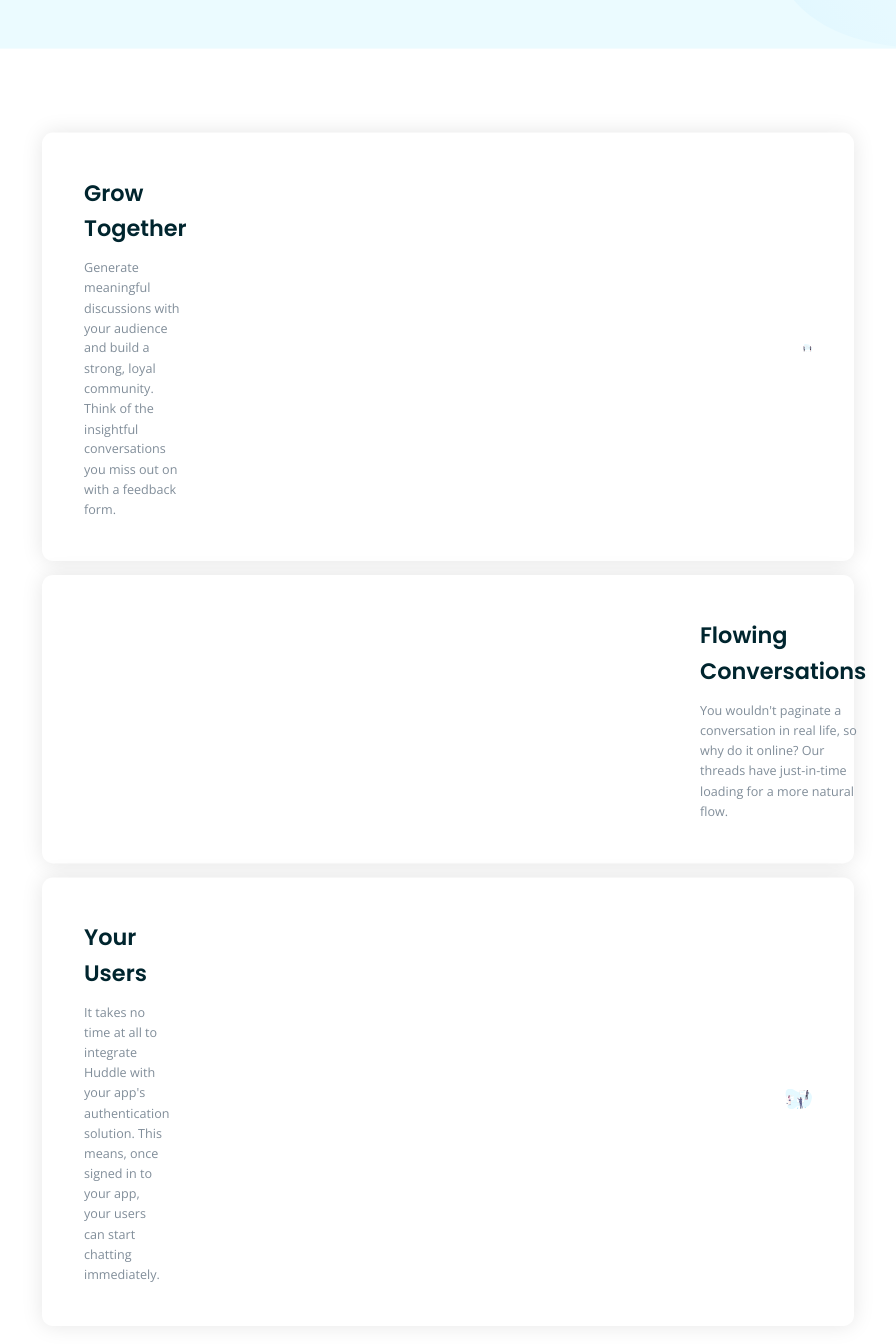
Repository: blordeus/huddle-landing-page
Page: index.html
An editor plug-in stored every save of this project. The page is shown before and after the next save, followed by the edit.
The browser window is 1280 px wide. The pictures show the part of the page from y = 618 to 2538 px (the page is 3491 px tall before and 3305 px after), at 70% of full size.

Above is the page before, as saved 2025-07-01 11:40:20.

### index.html
<!DOCTYPE html>
<html lang="en">
<head>
  <meta charset="UTF-8">
  <meta name="viewport" content="width=device-width, initial-scale=1.0">
  <link rel="icon" type="image/png" sizes="32x32" href="./images/favicon-32x32.png">
  <title>Frontend Mentor | Huddle landing page with alternating feature blocks</title>

  <!-- Google Fonts -->
  <link rel="preconnect" href="https://fonts.googleapis.com">
  <link rel="preconnect" href="https://fonts.gstatic.com" crossorigin>
  <link href="https://fonts.googleapis.com/css2?family=Poppins:wght@600&family=Open+Sans:wght@400;700&display=swap" rel="stylesheet">
  <link rel="stylesheet" type="text/css" href="styles.css" />

  <!-- Font Awesome for social icons -->
  <link rel="stylesheet" href="https://cdnjs.cloudflare.com/ajax/libs/font-awesome/6.0.0/css/all.min.css">
</head>

<body>
  <section class="bg-wrapper">
  <!-- Header -->
  <header class="header">
    <div class="container">
      <div class="header-content">
        <img src="./images/logo.svg" alt="Logo">
        <a href="#" class="btn btn-outline">Try It Free</a>
      </div>
    </div>
  </header>

  <!-- Hero Section -->
   <div class="hero">
    <div class="container">
      <div class="hero-content">
        <div class="hero-text">
          <h1>Build The Community Your Fans Will Love</h1>
          <p>Huddle re-imagines the way we build communities. You have a voice, but so does your audience. Create connections with your users as you engage in genuine discussion.</p>
          <a href="#" class="btn">Get Started For Free</a>
        </div>
        <div class="hero-image">
          <img src="./images/illustration-mockups.svg" alt="Desktop and mobile chat interface showing community conversations">
        </div>
      </div>
    </div>
   </div>
  </section>

  <!-- Features Section -->
  <section class="features">
    <div class="container">
      <div class="feature">
        <div class="feature-content">
          <h2>Grow Together</h2>
          <p>Generate meaningful discussions with your audience and build a strong, loyal community. Think of the insightful conversations you miss out on with a feedback form.</p>
        </div>
        <div class="feature-image">
          <img src="./images/illustration-grow-together.svg" alt="Illustration of people having meaningful conversations and building community">
        </div>
      </div>

      <div class="feature">
        <div class="feature-content">
          <h2>Flowing Conversations</h2>
          <p>You wouldn't paginate a conversation in real life, so why do it online? Our threads have just-in-time loading for a more natural flow.</p>
        </div>
        <div class="feature-image">
          <img src="./images/illustration-flowing-conversation.svg" alt="Illustration of natural flowing conversation interface with seamless chat threads">
        </div>
      </div>

      <div class="feature">
        <div class="feature-content">
          <h2>Your Users</h2>
          <p>It takes no time at all to integrate Huddle with your app's authentication solution. This means, once signed in to your app, your users can start chatting immediately.</p>
        </div>
        <div class="feature-image">
          <img src="./images/illustration-your-users.svg" alt="Illustration showing easy user authentication and immediate chat access">
        </div>
      </div>
    </div>
  </section>

  <!-- Call to Action -->
  <section class="cta">
    <div class="container">
      <h2>Ready To Build Your Community?</h2>
      <a href="#" class="btn">Get Started For Free</a>
    </div>
  </section>

  <!-- Footer -->
  <footer class="footer">
    <div class="container">
      <a href="#" class="footer-logo">
            <img src="./images/logo.svg" alt="">
          </a>
      <div class="footer-content">
        <div class="footer-info">
          <div class="contact-info">
            <div class="contact-item">
              <img src="./images/icon-location.svg" alt="">
              <p>Lorem ipsum dolor sit amet, consectetur adipiscing elit, sed do eiusmod tempor incididunt ut labore et dolore magna aliqua</p>
            </div>
            <div class="contact-item">
              <img src="./images/icon-phone.svg" alt="">
              <p>+1-543-123-4567</p>
            </div>
            <div class="contact-item">
              <img src="./images/icon-email.svg" alt="">
              <p>example@huddle.com</p>
            </div>
          </div>
        </div>

        <div class="footer-links">
          <a href="#">About Us</a>
          <a href="#">What We Do</a>
          <a href="#">FAQ</a>
        </div>

        <div class="footer-links">
          <a href="#">Career</a>
          <a href="#">Blog</a>
          <a href="#">Contact Us</a>
        </div>

        <div class="social-icons">
          <a href="#" class="social-icon" aria-label="Facebook">
            <i class="fab fa-facebook-f"></i>
          </a>
          <a href="#" class="social-icon" aria-label="Twitter">
            <i class="fab fa-twitter"></i>
          </a>
          <a href="#" class="social-icon" aria-label="Instagram">
            <i class="fab fa-instagram"></i>
          </a>
        </div>
      </div>

      <div class="copyright">
        <p>&copy; Copyright 2018 Huddle. All rights reserved.</p>
      </div>
    </div>

    <p class="attribution">
      Challenge by <a href="https://www.frontendmentor.io?ref=challenge" target="_blank">Frontend Mentor</a>.
      Coded by <a href="#">Your Name Here</a>.
    </p>
  </footer>
</body>
</html>

### styles.css
    * {
      margin: 0;
      padding: 0;
      box-sizing: border-box;
    }

    body {
      font-family: 'Open Sans', sans-serif;
      font-size: 18px;
      line-height: 1.6;
      color: hsl(192, 100%, 9%);
    }

    .container {
      max-width: 1200px;
      margin: 0 auto;
      padding: 0 20px;
    }

    .bg-wrapper {
      background: hsl(193, 100%, 96%);
      background-image: url('./images/bg-hero-desktop.svg');
      background-size: cover;
      background-position: center;
    }

    /* Header */
    .header {
      padding: 24px 0;
    }

    .header-content {
      display: flex;
      justify-content: space-between;
      align-items: center;
    }

    .header-content img {
      height: 40px;
    }

    .btn {
      background: hsl(322, 100%, 66%);
      color: white;
      border: none;
      padding: 12px 48px;
      border-radius: 24px;
      font-family: 'Open Sans', sans-serif;
      font-weight: 700;
      font-size: 14px;
      cursor: pointer;
      text-decoration: none;
      display: inline-block;
      transition: opacity 0.3s ease;
      box-shadow: 0 4px 8px rgba(0, 0, 0, 0.1);
    }

    .btn:hover {
      opacity: 0.8;
    }

    .btn-outline {
      background: white;
      box-shadow: 0 4px 8px rgba(0, 0, 0, 0.1);
      color: #00252E;
    }

    .btn-outline:hover {
      color: #808E9A;
    }

    /* Hero Section */
    .hero {
      padding: 80px 0 120px;
    }

    .hero-content {
      display: grid;
      grid-template-columns: 1fr 1fr;
      gap: 80px;
      align-items: center;
    }

    .hero-text h1 {
      font-family: 'Poppins', sans-serif;
      font-weight: 600;
      font-size: 48px;
      line-height: 1.2;
      margin-bottom: 24px;
      color: hsl(192, 100%, 9%);
    }

    .hero-text p {
      font-size: 18px;
      color: hsl(192, 100%, 9%);
      margin-bottom: 32px;
      line-height: 1.6;
    }

    .hero-image {
      text-align: center;
    }

    .hero-image img {
      max-width: 100%;
      height: auto;
    }

    /* Features Section */
    .features {
      padding: 120px 0;
    }

    .feature {
      display: grid;
      grid-template-columns: 1fr 1fr;
      gap: 880px;
      align-items: center;
      margin-bottom: 20px;
      background: white;
      padding: 60px;
      border-radius: 16px;
      box-shadow: 0 0 30px rgba(0, 0, 0, 0.1);
    }

    .feature:nth-child(even) .feature-content {
      order: 2;
    }

    .feature:nth-child(even) .feature-image {
      order: 1;
    }

    .feature h2 {
      font-family: 'Poppins', sans-serif;
      font-weight: 600;
      font-size: 32px;
      margin-bottom: 16px;
      color: hsl(192, 100%, 9%);
    }

    .feature p {
      color: hsl(208, 11%, 55%);
      line-height: 1.6;
    }

    .feature-image {
      text-align: center;
    }

    .feature-image img {
      max-width: 100%;
      height: auto;
    }

    /* Call to Action */
    .cta {
      text-align: center;
      padding: 80px 0;
      background: white;
      width: 50%;
      margin: 0 auto;
      box-sizing: border-box;
      border-radius: 16px;
      box-shadow: 0 0 30px rgba(0, 0, 0, 0.1);
      position: relative;
      z-index: 2;
      transform: translateY(20%);
    }

    .cta a {
      background: hsl(322, 100%, 66%);
      color: white;
      padding: 16px 64px;
      border-radius: 24px;
      font-family: 'Open Sans', sans-serif;
      font-weight: 700;
      font-size: 14px;
      cursor: pointer;
      text-decoration: none;
      display: inline-block;
      transition: opacity 0.3s ease;
      box-shadow: 0 4px 8px rgba(0, 0, 0, 0.1);

    }

    .cta h2 {
      font-family: 'Poppins', sans-serif;
      font-weight: 600;
      font-size: 32px;
      margin-bottom: 32px;
      color: hsl(192, 100%, 9%);
    }

    /* Footer */
    .footer {
      background: hsl(192, 100%, 9%);
      color: white;
      padding: 120px 0 40px;
    }

    .footer-content {
      display: grid;
      grid-template-columns: 2fr 1fr 1fr 1fr;
      gap: 60px;
      margin-bottom: 40px;
    }

    .footer-logo {
      display: flex;
      align-items: center;
      gap: 8px;
      font-family: 'Poppins', sans-serif;
      font-weight: 600;
      font-size: 24px;
      color: white;
      text-decoration: none;
      margin-bottom: 24px;
    }

    .footer-logo .logo-icon {
      background: white;
      color: hsl(322, 100%, 66%);
    }

    .contact-info {
      display: flex;
      flex-direction: column;
      gap: 16px;
    }

    .contact-item {
      display: flex;
      align-items: flex-start;
      gap: 16px;
    }

    .contact-item i {
      margin-top: 4px;
      width: 16px;
    }

    .footer-links {
      display: flex;
      flex-direction: column;
      gap: 12px;
    }

    .footer-links a {
      color: white;
      text-decoration: none;
      transition: color 0.3s ease;
    }

    .footer-links a:hover {
      color: hsl(322, 100%, 66%);
    }

    .social-icons {
      display: flex;
      gap: 16px;
      justify-content: center;
    }

    .social-icon {
      width: 40px;
      height: 40px;
      border: 1px solid white;
      border-radius: 50%;
      display: flex;
      align-items: center;
      justify-content: center;
      color: white;
      text-decoration: none;
      transition: all 0.3s ease;
    }

    .social-icon:hover {
      color: hsl(322, 100%, 66%);
      border-color: hsl(322, 100%, 66%);
    }

    .copyright {
      text-align: center;
      font-size: 14px;
      color: hsl(208, 11%, 55%);
      padding-top: 40px;
      border-top: 1px solid hsl(208, 11%, 55%);
    }

    .attribution {
      font-size: 11px;
      text-align: center;
      margin-top: 20px;
    }

    .attribution a {
      color: hsl(228, 45%, 44%);
    }

    /* Responsive Design */
    @media (max-width: 768px) {
      .container {
        padding: 0 16px;
      }

      .bg-wrapper {
        background-image: url('./images/bg-hero-mobile.svg');
      }

      .header-content {
        flex-direction: column;
        gap: 20px;
      }

      .hero-content {
        grid-template-columns: 1fr;
        gap: 40px;
        text-align: center;
      }

      .hero-text h1 {
        font-size: 32px;
      }

      .feature {
        grid-template-columns: 1fr;
        gap: 40px;
        padding: 40px 20px;
        text-align: center;
      }

      .feature:nth-child(even) .feature-content,
      .feature:nth-child(even) .feature-image {
        order: unset;
      }

      .footer-content {
        grid-template-columns: 1fr;
        gap: 40px;
        text-align: center;
      }

      .social-icons {
        justify-content: center;
      }

      .cta {
        margin: 0 16px;
        padding: 40px 20px;
      }

      .cta h2 {
        font-size: 24px;
      }
    }

After the next save:
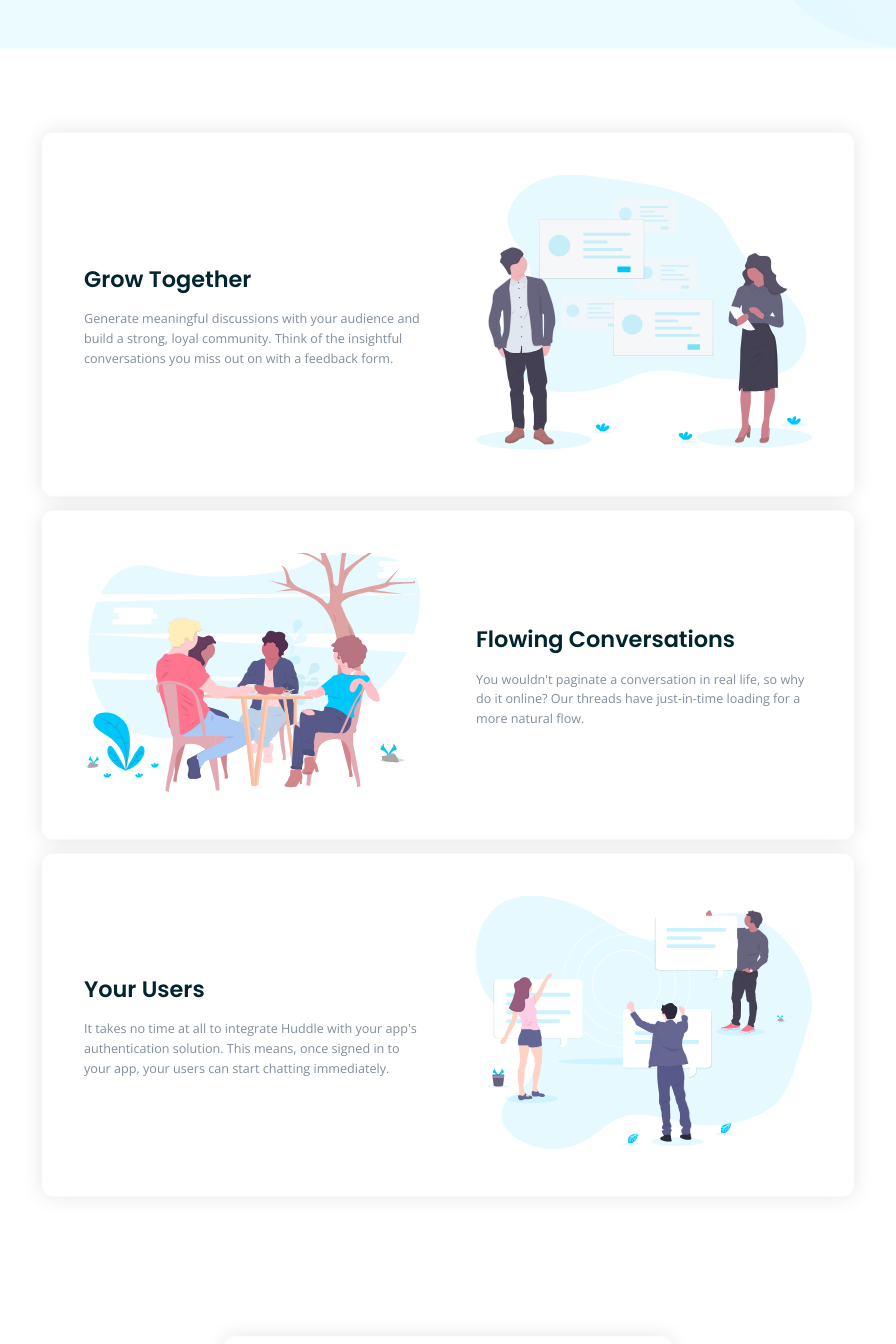
Saved 8 s later.
--- a/styles.css
+++ b/styles.css
@@ -114,7 +114,7 @@
     .feature {
       display: grid;
       grid-template-columns: 1fr 1fr;
-      gap: 880px;
+      gap: 80px;
       align-items: center;
       margin-bottom: 20px;
       background: white;
